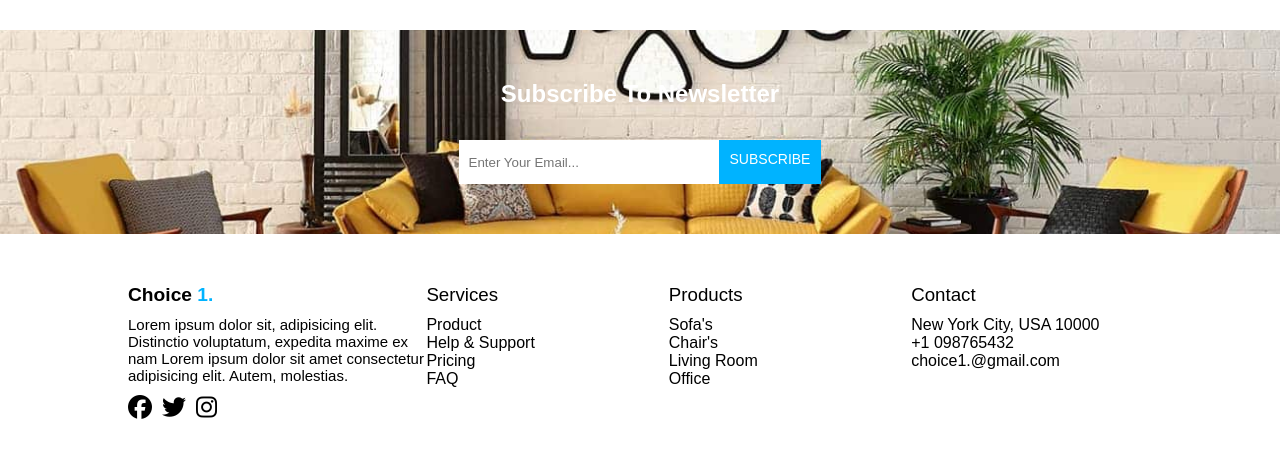
Repository: alishbah7/Choice1
Page: index.html
These files come from the project's save history. The page is drawn as it stood at one moment and after the next save; the edit follows.
The browser window is 1280 px wide. The pictures show the part of the page from y = 3939 to 4445 px (the page is 4411 px tall before and 4445 px after).
A picture or video elsewhere on the page could not be fetched, so the positions and the page height are approximate. Backgrounds fixed to the window are drawn as part of the page.

Above is the page before, as saved 2024-11-24 13:10:51.

### index.html
<!DOCTYPE html>
<html lang="en">
<head>
    <meta charset="UTF-8">
    <meta name="viewport" content="width=device-width, initial-scale=1.0">
    <title>Navbar</title>

    <!--=== CSS ===-->
    <link rel="stylesheet" href="style.css">

    <!--=== BOXICONS ===-->
    <link href='https://unpkg.com/boxicons@2.1.4/css/boxicons.min.css' rel='stylesheet' />
    <link rel="stylesheet" href="https://cdnjs.cloudflare.com/ajax/libs/font-awesome/6.7.1/css/all.min.css" integrity="sha512-5Hs3dF2AEPkpNAR7UiOHba+lRSJNeM2ECkwxUIxC1Q/FLycGTbNapWXB4tP889k5T5Ju8fs4b1P5z/iB4nMfSQ==" crossorigin="anonymous" referrerpolicy="no-referrer" />
</head>
<body>
    <!------------ header ------------>
    <header>
        <a href="#" class="logo">Choice <span>1.</span></a>
        <div class="bx bx-menu" id="menu-icon"></div>

        <ul class="navbar">
            <li><a href="#home">Home</a></li>
            <li><a href="#shop">Shop</a></li>
            <li><a href="#new">New Arrival</a></li>
            <li><a href="#about">About</a></li>
            <li><a href="#brands">Our Partners</a></li>
            <li><a href="#contact">Contact</a></li>
        </ul>
    </header>

    <!------------ home ------------>
    <section class="home" id="home">
        <div class="home-text">
            <h1><span>Make</span> Your Comfort <br> Is Our <span>Happiness</span></h1>
            <p>Lorem, ipsum dolor sit amet consectetur adipisicing elit. <br> Expedita totam consequuntur fuga quis aperiam nulla.</p>
            <a href="shop" class="btn">Shop Now</a>
        </div>
    </section>

    <!------------ shop ------------>
    <section class="shop" id="shop">
        <div class="heading">
            <span>New Arrival</span>
            <h1>Shop Now</h1>
        </div>
        <!------------ content ------------>
        <div class="shop-container">
            <!------------ box1 ------------>
            <div class="box">
                <div class="box-img">
                    <img src="img/img1.jpg" alt="">
                </div>
                <div class="title-price">
                    <h3>Brown Chair</h3>
                    <div class="stars">
                        <i class="bx bxs-star"></i>
                        <i class="bx bxs-star"></i>
                        <i class="bx bxs-star"></i>
                        <i class="bx bxs-star"></i>
                        <i class="bx bxs-star-half"></i>
                    </div>
                </div>
                <span>35$</span>
                <i class="bx bx-cart"></i>
            </div>
            <!------------ box2 ------------>
            <div class="box">
                <div class="box-img">
                    <img src="img/img1.jpg" alt="">
                </div>
                <div class="title-price">
                    <h3>Brown Chair</h3>
                    <div class="stars">
                        <i class="bx bxs-star"></i>
                        <i class="bx bxs-star"></i>
                        <i class="bx bxs-star"></i>
                        <i class="bx bxs-star"></i>
                        <i class="bx bxs-star-half"></i>
                    </div>
                </div>
                <span>35$</span>
                <i class="bx bx-cart"></i>
            </div>
            <!------------ box3 ------------>
            <div class="box">
                <div class="box-img">
                    <img src="img/img1.jpg" alt="">
                </div>
                <div class="title-price">
                    <h3>Brown Chair</h3>
                    <div class="stars">
                        <i class="bx bxs-star"></i>
                        <i class="bx bxs-star"></i>
                        <i class="bx bxs-star"></i>
                        <i class="bx bxs-star"></i>
                        <i class="bx bxs-star-half"></i>
                    </div>
                </div>
                <span>35$</span>
                <i class="bx bx-cart"></i>
            </div>
            <!------------ box4 ------------>
            <div class="box">
                <div class="box-img">
                    <img src="img/img1.jpg" alt="">
                </div>
                <div class="title-price">
                    <h3>Brown Chair</h3>
                    <div class="stars">
                        <i class="bx bxs-star"></i>
                        <i class="bx bxs-star"></i>
                        <i class="bx bxs-star"></i>
                        <i class="bx bxs-star"></i>
                        <i class="bx bxs-star-half"></i>
                    </div>
                </div>
                <span>35$</span>
                <i class="bx bx-cart"></i>
            </div>
            <!------------ box5 ------------>
            <div class="box">
                <div class="box-img">
                    <img src="img/img1.jpg" alt="">
                </div>
                <div class="title-price">
                    <h3>Brown Chair</h3>
                    <div class="stars">
                        <i class="bx bxs-star"></i>
                        <i class="bx bxs-star"></i>
                        <i class="bx bxs-star"></i>
                        <i class="bx bxs-star"></i>
                        <i class="bx bxs-star-half"></i>
                    </div>
                </div>
                <span>35$</span>
                <i class="bx bx-cart"></i>
            </div>
            <!------------ box6 ------------>
            <div class="box">
                <div class="box-img">
                    <img src="img/img1.jpg" alt="">
                </div>
                <div class="title-price">
                    <h3>Brown Chair</h3>
                    <div class="stars">
                        <i class="bx bxs-star"></i>
                        <i class="bx bxs-star"></i>
                        <i class="bx bxs-star"></i>
                        <i class="bx bxs-star"></i>
                        <i class="bx bxs-star-half"></i>
                    </div>
                </div>
                <span>35$</span>
                <i class="bx bx-cart"></i>
            </div>
        </div>
    </section>
    <!------------ new arrival ------------>
    <section class="new" id="new">
        <div class="heading">
            <span>New Collection</span>
            <h1>Best Selling</h1>
        </div>
    <!------------ content ------------>
    <div class="new-container">
        <!------------ box1 ------------>
        <div class="box">
            <div class="box-img">
                <img src="img/img1.jpg" alt="">
            </div>
            <div class="title-price">
                <h3>Brown Chair</h3>
                <div class="stars">
                    <i class="bx bxs-star"></i>
                    <i class="bx bxs-star"></i>
                    <i class="bx bxs-star"></i>
                    <i class="bx bxs-star"></i>
                    <i class="bx bxs-star-half"></i>
                </div>
            </div>
            <span>35$</span>
            <i class="bx bx-cart"></i>
        </div>
        <!------------ box2 ------------>
        <div class="box">
            <div class="box-img">
                <img src="img/img1.jpg" alt="">
            </div>
            <div class="title-price">
                <h3>Brown Chair</h3>
                <div class="stars">
                    <i class="bx bxs-star"></i>
                    <i class="bx bxs-star"></i>
                    <i class="bx bxs-star"></i>
                    <i class="bx bxs-star"></i>
                    <i class="bx bxs-star-half"></i>
                </div>
            </div>
            <span>35$</span>
            <i class="bx bx-cart"></i>
        </div>
        <!------------ box3 ------------>
        <div class="box">
            <div class="box-img">
                <img src="img/img1.jpg" alt="">
            </div>
            <div class="title-price">
                <h3>Brown Chair</h3>
                <div class="stars">
                    <i class="bx bxs-star"></i>
                    <i class="bx bxs-star"></i>
                    <i class="bx bxs-star"></i>
                    <i class="bx bxs-star"></i>
                    <i class="bx bxs-star-half"></i>
                </div>
            </div>
            <span>35$</span>
            <i class="bx bx-cart"></i>
        </div>
        <!------------ box4 ------------>
        <div class="box">
            <div class="box-img">
                <img src="img/img1.jpg" alt="">
            </div>
            <div class="title-price">
                <h3>Brown Chair</h3>
                <div class="stars">
                    <i class="bx bxs-star"></i>
                    <i class="bx bxs-star"></i>
                    <i class="bx bxs-star"></i>
                    <i class="bx bxs-star"></i>
                    <i class="bx bxs-star-half"></i>
                </div>
            </div>
            <span>35$</span>
            <i class="bx bx-cart"></i>
        </div>
        <!------------ box5 ------------>
        <div class="box">
            <div class="box-img">
                <img src="img/img1.jpg" alt="">
            </div>
            <div class="title-price">
                <h3>Brown Chair</h3>
                <div class="stars">
                    <i class="bx bxs-star"></i>
                    <i class="bx bxs-star"></i>
                    <i class="bx bxs-star"></i>
                    <i class="bx bxs-star"></i>
                    <i class="bx bxs-star-half"></i>
                </div>
            </div>
            <span>35$</span>
            <i class="bx bx-cart"></i>
        </div>
        <!------------ box6 ------------>
        <div class="box">
            <div class="box-img">
                <img src="img/img1.jpg" alt="">
            </div>
            <div class="title-price">
                <h3>Brown Chair</h3>
                <div class="stars">
                    <i class="bx bxs-star"></i>
                    <i class="bx bxs-star"></i>
                    <i class="bx bxs-star"></i>
                    <i class="bx bxs-star"></i>
                    <i class="bx bxs-star-half"></i>
                </div>
            </div>
            <span>35$</span>
            <i class="bx bx-cart"></i>
        </div>
    </div>
</section>
<!------------ about ------------>
<section class="about" id="about">
    <div class="about-img">
        <img src="img/furniture4.jpeg" alt="">
    </div>
    <div class="about-text">
        <span>About Us</span>
        <h2>Furniture is impoertant part <br>for comfort</h2>
        <p>Lorem ipsum dolor sit amet consectetur adipisicing elit. Dolorem sit maxime praesentium, facere totam, iusto omnis eveniet accusamus rerum, veritatis explicabo possimus necessitatibus officiis? Voluptas.</p>
        <p>Lorem, ipsum dolor sit amet consectetur adipisicing elit. Nam velit, deserunt placeat qui nemo natus.</p>
        <a href="#shop" class="btn">Learn More.</a>
    </div>
</section>
<!------------ brands ------------>
<section class="brands" id="brands">
    <div class="heading">
        <span>Brands</span>
        <h1>Our Brands Partners</h1>
    </div>
    <div class="brands-container">
        <img src="img/google.webp" alt="">
        <img src="img/amazon.png" alt="">
        <img src="img/netflix.a3e87fea-e03e-4c0a-8f26-9ecef205fa7b" alt="">
        <img src="img/tesla.webp" alt="">
        <img src="img/star.webp" alt="">
        <img src="img/zoom.png" alt="">
    </div>
</section>
<!------------ contact ------------>
<section class="newsletter" id="contact">
    <h2>Subscribe To Newsletter</h2>
    <div class="news-box">
        <input type="text" placeholder="Enter Your Email...">
        <a href="#" class="btn">Subscribe</a>
    </div>
</section>
<!------------ footer ------------>
<section class="footer" id="footer">
    <div class="footer-box">
        <h2>Choice <span>1.</span></h2>
        <p>Lorem ipsum dolor sit, adipisicing elit. <br>  Distinctio voluptatum, expedita maxime ex <br> nam Lorem ipsum dolor sit amet consectetur <br> adipisicing elit. Autem, molestias.</p>
        <div class="social">
            <a href="#"><i class="fa-brands fa-facebook"></i></a>
            <a href="#"><i class="fa-brands fa-twitter"></i></a>
            <a href="#"><i class="fa-brands fa-instagram"></i></a>
        </div>
    </div>
    <div class="footer-box">
        <h3>Services</h3>
        <li><a href="#">Product</a></li>
        <li><a href="#">Help & Support</a></li>
        <li><a href="#">Pricing</a></li>
        <li><a href="#">FAQ</a></li>
    </div>
    <div class="footer-box">
        <h3>Products</h3>
        <li><a href="#">Sofa's</a></li>
        <li><a href="#">Chair's</a></li>
        <li><a href="#">Living Room</a></li>
        <li><a href="#">Office</a></li>
    </div>
    <div class="footer-box contact-info">
        <h3>Contact</h3>
        <span>New York City, USA 10000</span>
        <span>+1 098765432</span>
        <span>choice1.@gmail.com</span>
    </div>
</section>


</body>
</html>

### style.css
*{
    margin: 0;
    padding: 0;
    box-sizing: border-box;
    scroll-behavior: smooth;
    scroll-padding-top: 2rem;
    list-style: none;
    text-decoration: none;
    font-family: "Poppins", sans-serif;
}

:root{
    --text-color: #000000;
    --main-color: #00b3ff;
}

section{
    padding: 50px 10%;
}

header{
    position: fixed;
    width: 100%;
    top: 0;
    right: 0;
    z-index: 1000;
    display: flex;
    align-items: center;
    justify-content: space-between;
    padding: 18px 100px;
    background: #edecea;
}

.logo{
    font-size: 1.2rem;
    font-weight: 600;
    color: var(--text-color);
}

.logo span{
    color: var(--main-color);
}

.navbar{
    position: relative;
    display: flex;
}

.navbar a{
    font-size: 1rem;
    padding: 10px 20px;
    font-weight: 500;
    color: var(--text-color);
}

.navbar a:hover{
    color: var(--main-color);
}

#menu-icon{
    font-size: 2rem;
    cursor: pointer;
    display: none;
}

.home{
    width: 100%;
    min-height: 100vh;
    background-image: url(img/furniture2.jpg);
    background-repeat: no-repeat;
    background-size: cover;
    background-position: right;
    background-attachment: fixed;
    display: flex;
    align-items: center;
}

.home-text h1{
    font-size: 2.7rem;
    color: #fff;
}

.home-text p{
    font-size: 0.938rem;
    margin: 0.4rem 0 1.8rem;
    color: #fff;
}

.home-text span{
    color: var(--main-color);
}

.btn{
    padding: 10px 14px;
    background: var(--main-color);
    color: #fff;
    border-radius: 0.3rem;
    font-size: 14px;
}

.btn:hover{
    background-color: #ffffff00;
    border: 2px solid var(--main-color);
    color: var(--main-color);
}

.heading span{
    display: flex;
    align-items: center;
    justify-content: center;
    color: var(--main-color);
    padding-bottom: 5px;
    font-size: 14px;
    font-weight: 500;
    text-transform: uppercase;
}

.heading h1{
    display: flex;
    align-items: center;
    justify-content: center;
    font-size: 30px;
    font-weight: 700;
}

.shop-container, .new-container {
    display: grid;
    grid-template-columns: repeat(auto-fit, minmax(300px, auto));
    gap: 1rem;
    margin-top: 2rem;
}

.box{
    position: relative;
    box-shadow: 1px 4px 4px rgb(0, 0, 0, 0.1);
    border-radius: 44px 4px 4px 4px;
}

.box .box-img{
    width: 100%;
    height: 400px;
    overflow: hidden;
    border-radius: 44px 4px 0 0;
}

.box .box-img img{
    width: 100%;
    height: 100%;
    object-fit: cover;
    object-position: center;
}

.box .box-img img:hover{
    transform: scale(1.1);
    transition: 0.5s;
}

.title-price{
    display: flex;
    justify-content: space-between;
    padding: 12px;
}

.title-price h3{
    font-size: 1rem;
    font-weight: 600;
}

.box span{
    font-size: 1.1rem;
    font-weight: 500;
    padding-left: 12px;
    color: var(--main-color);
}

.stars .bx{
    color: var(--main-color);
}

.box .bx-cart{
    position: absolute;
    bottom: 0;
    right: 0;
    padding: 7px;
    font-size: 20px;
    color: #fff;
    border-radius: 4px 0 4px 0;
    background: var(--main-color);
}

.box .bx-cart:hover{
    color: var(--main-color);
    background-color: #fff;
    border: 1px solid var(--main-color);
    cursor: pointer;
}

.new-container .box{
    border-radius: 4px;
}

.new-container .box .box-img{
    border-radius: 4px 44px 4px 4px;
}

.about{
    display: grid;
    grid-template-columns: repeat(1, 2fr);
    gap: 1rem;
}

.about-img img{
    width: 80%;
    border-radius: 10px;
    object-fit: contain;
}

.about-text span{
    font-size: 14px;
    font-weight: 500;
    text-transform: uppercase;
    color: var(--main-color);
}

.about-text p{
    font-size: 0.938rem;
    margin: 0.5rem 0 1.4rem;
}

.brands-container{
    display: grid;
    grid-template-columns: repeat(auto-fit, minmax(100px, auto));
    align-items: center;
    justify-content: space-between;
    gap: 1rem;
    margin-top: 2rem;
}

.brands-container img{
    width: 100px;
}

.brands-container img{
    width: 100px;
    filter: grayscale(1);
}

.brands-container img:hover{
    cursor: pointer;
    filter: grayscale(0);
}

.newsletter{
    display: flex;
    flex-direction: column;
    align-items: center;
    background-image: url(img/Furniture3.jpg);
    background-repeat: no-repeat;
    background-size: cover;
    background-position: center;
}

.newsletter h2{
    color: #fff;
}

.news-box{
    display: flex;
    align-items: center;
    margin-top: 2rem;
}

.news-box input{
    width: 260px;
    height: 44px;
    border: none;
    outline: none;
    background: #fff;
    padding: 10px;
}

.news-box .btn{
    height: 44px;
    padding: 11px;
    border-radius: 0;
    font-weight: 500;
    text-transform: uppercase;
}

.footer{
    display: grid;
    grid-template-columns: repeat(auto-fit, minmax(240px, auto));
    gap: 0.1rem;
}

.footer-box h2{
    font-size: 1.2rem;
    font-weight: 600;
    margin-bottom: 10px;
}

.footer-box span{
    color: var(--main-color);
}

.footer-box p{
    font-size: 00.938rem;
    margin-bottom: 10px;
}

.social{
    display: flex;
    align-items: center;
}

.social a{
    font-size: 24px;
    margin-right: 10px;
    color: #000000;
}

.social a:hover{
    color: var(--main-color);
}

.footer-box h3{
    font-weight: 500;
    margin-bottom: 10px;
}

.footer-box li a{
    color: #000000;
}

.footer-box li a:hover{
    color: var(--main-color);
}

.contact-info{
    display: flex;
    flex-direction: column;
}

.contact-info span{
    color: #000000;
}

After the next save:
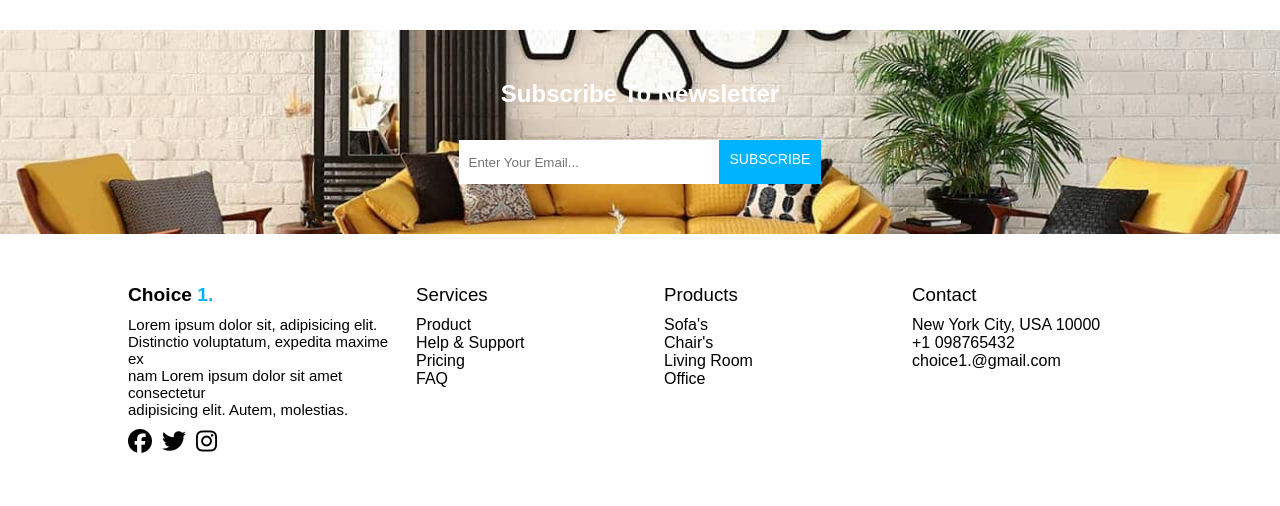
Saved 9 s later.
--- a/style.css
+++ b/style.css
@@ -290,7 +290,7 @@ header{
 .footer{
     display: grid;
     grid-template-columns: repeat(auto-fit, minmax(240px, auto));
-    gap: 0.1rem;
+    gap: 0.5rem;
 }
 
 .footer-box h2{
